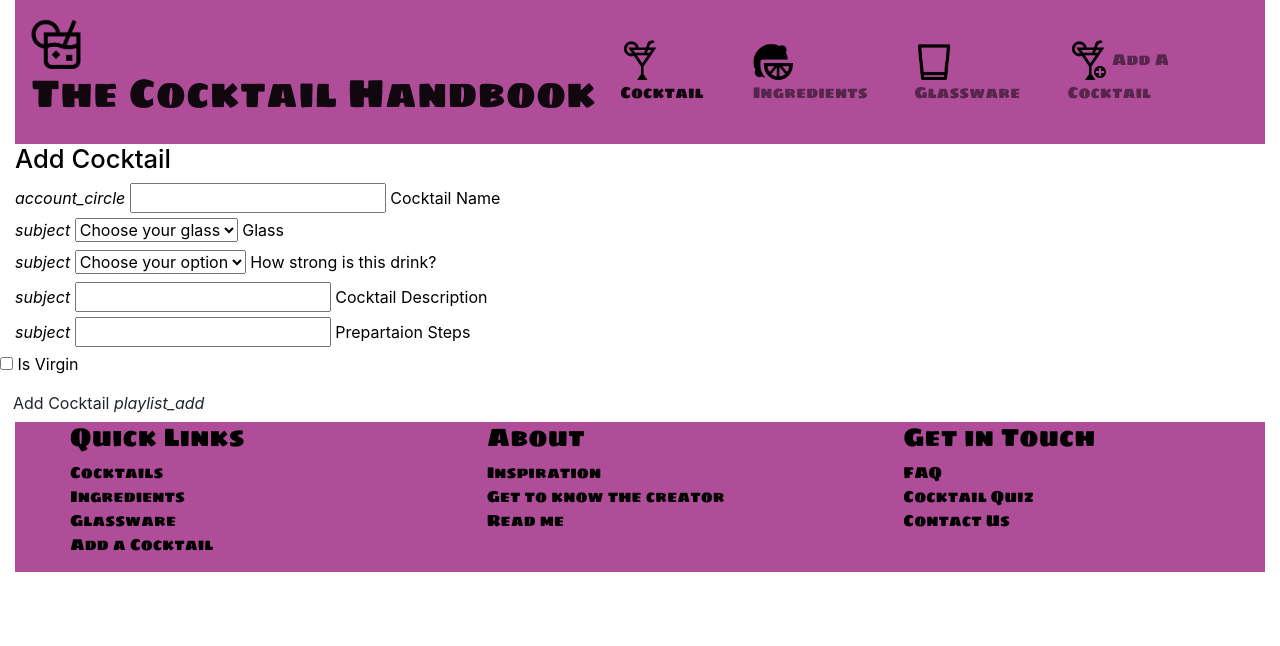
Repository: noblesaleka/cocktail_app
Page: http://localhost/add_cocktail
The author's editor kept a record of every edit. The page is drawn from the files as they stood at one moment, then again after the next edit.
The browser window is 1280 px wide. The pictures show the whole page.
The page is served by the project's application, run on Flask 3 (app.py). Queries for data that is not in the repository find no rows.

Above is the page before.
Console error: TypeError: $(...).formSelect is not a function

After the next edit:
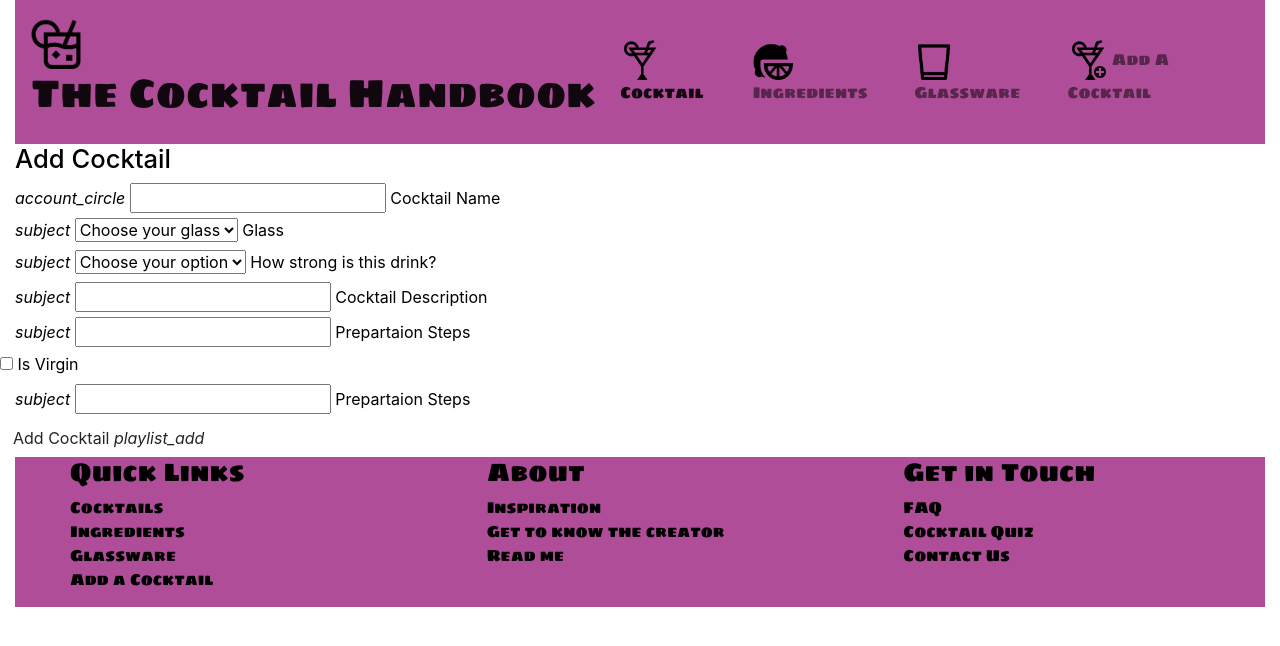
The edit:
--- a/templates/addCocktail.html
+++ b/templates/addCocktail.html
@@ -68,6 +68,14 @@
         </div>
 
         <div class="row">
+            <div class="input-field col s12">
+                <i class="material-icons prefix">subject</i>
+                <input id="preparation_steps" name="preparation_steps" type="text" class="validate">
+                <label for="preparation_steps">Prepartaion Steps</label>
+            </div>
+        </div>
+
+        <div class="row">
             <button class="btn waves-effect waves-light" type="submit" name="action">Add Cocktail
                 <i class="material-icons right">playlist_add</i>
             </button>
